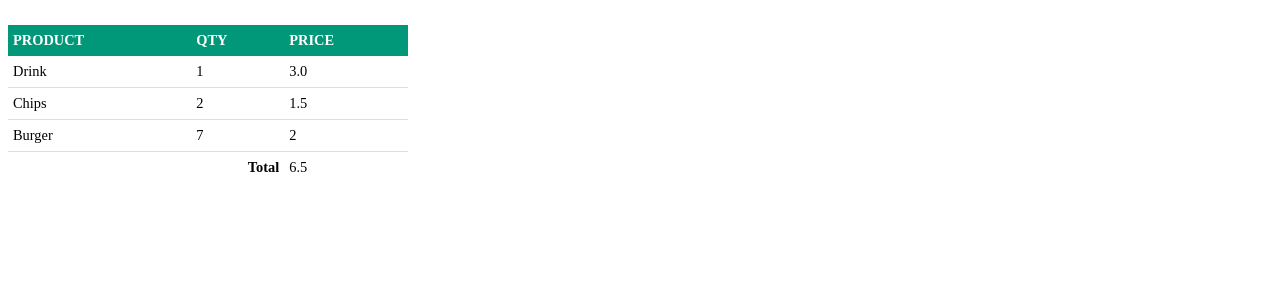
Repository: linas-dev/HTML-CSS-Projects
Page: Basic_HTML_and_CSS/HTML_Table.html
The author's editor kept a copy of each file at every save. The page is drawn from the files as they stood at one save, then again after the next save.
The browser window is 1280 px wide. The pictures show the whole page.

Above is the page before, as saved 2021-05-30 10:30:15.

After the next save:
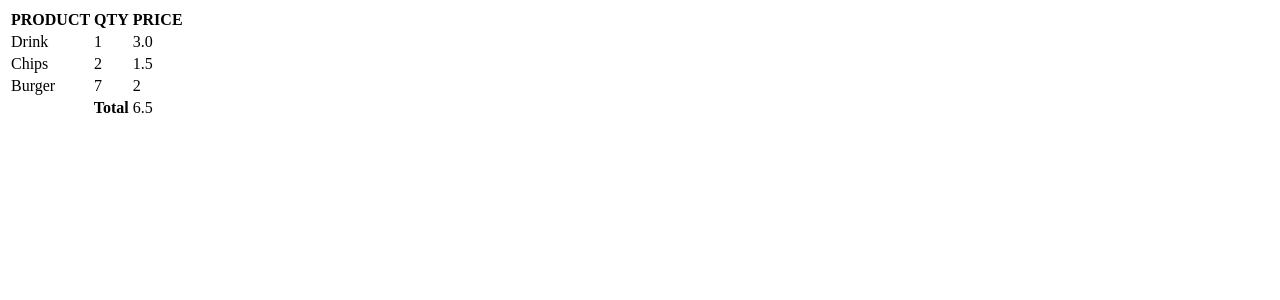
Saved 87 s later.
--- a/Basic_HTML_and_CSS/CSS_Table.css
+++ b/Basic_HTML_and_CSS/CSS_Table.css
@@ -1,4 +1,8 @@
-.table {
+
+
+
+
+/* .table {
     border-collapse: collapse;
     margin: 25px 0;
     font-size: 0.9em;
@@ -23,4 +27,4 @@
 .hoveref:hover {
     background-color: #4F0444;
     color: white;
-}
+} */
